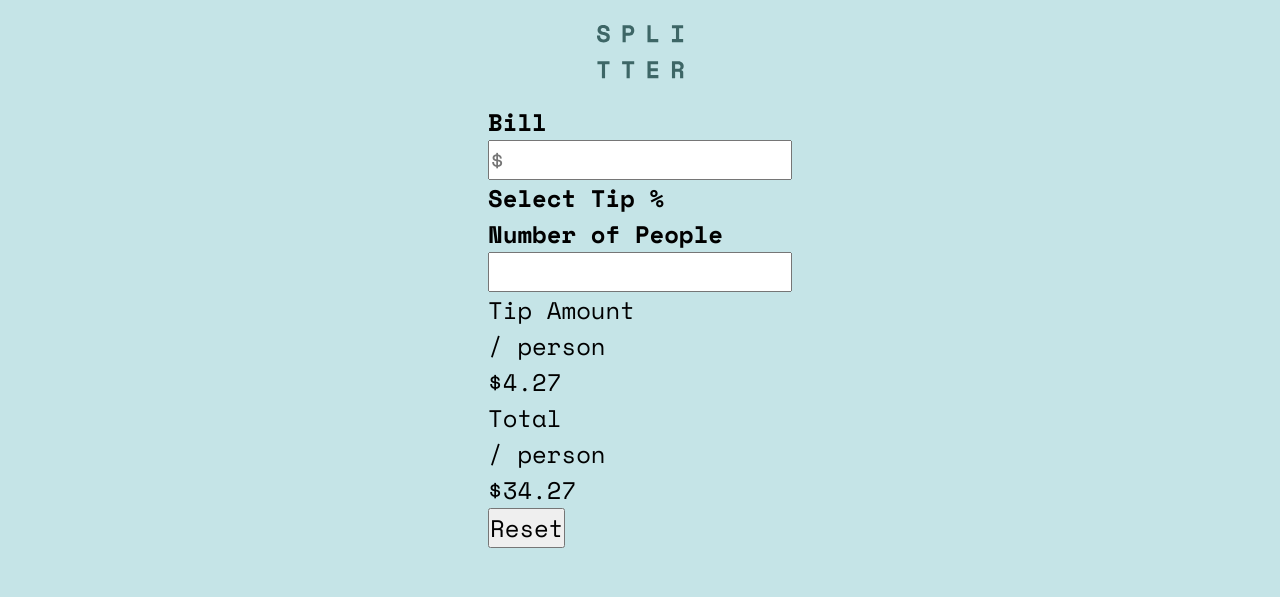
Repository: tomas938/tipcalculator
Page: /
An editor plug-in stored every save of this project. The page is shown before and after the next save, followed by the edit.
The browser window is 1280 px wide. The pictures show the whole page.
The project was rebuilt for these pictures with package versions that can differ from the ones it lists, and the page was loaded fresh each time.

Above is the page before, as saved 2021-08-03 21:56:21.

### src/App.vue
<template>
	<router-view />
</template>

<style lang="scss">
@import url("https://fonts.googleapis.com/css2?family=Space+Mono:wght@400;700&display=swap");
$strong-cyan: hsl(172, 67%, 45%);
$dark-cyan: hsl(186, 14%, 43%);
$grayish-cyan: hsl(184, 14%, 43%);
$lower-grayish-cyan: hsl(184, 14%, 56%);
$light-grayish-cyan: hsl(185, 41%, 84%);
$lighter-grayish-cyan: hsl(189, 41%, 97%);
$white: hsl(0, 0%, 100%);
* {
	margin: 0;
	padding: 0;
	box-sizing: border-box;
	font-family: "Space Mono", monospace;
	font-size: 24px;
}
body {
	background-color: $light-grayish-cyan;
}
</style>

### src/views/Home.vue
<template>
	<div class="logo">
		<splitter></splitter>
	</div>
</template>

<script>
import Splitter from "../components/Splitter.vue";
export default {
	name: "Home",
	components: {
		Splitter,
	},
};
</script>
<style lang="scss" scoped></style>

### src/components/Splitter.vue
<template>
	<div class="splitter">
		<svg xmlns="http://www.w3.org/2000/svg" width="87" height="54">
			<path
				fill="#3D6666"
				d="M6.72 17.472c.944 0 1.792-.12 2.544-.36s1.392-.584 1.92-1.032a4.476 4.476 0 001.212-1.62c.28-.632.42-1.34.42-2.124v-.288c0-1.472-.464-2.584-1.392-3.336-.928-.752-2.272-1.288-4.032-1.608a14.615 14.615 0 01-1.74-.408c-.456-.144-.824-.308-1.104-.492-.28-.184-.476-.392-.588-.624a1.771 1.771 0 01-.168-.78c0-.56.232-1.004.696-1.332.464-.328 1.096-.492 1.896-.492.944 0 1.676.248 2.196.744.52.496.78 1.08.78 1.752v.576h3.168v-.864a5 5 0 00-.396-1.968 4.762 4.762 0 00-1.176-1.656C10.436 1.08 9.792.7 9.024.42 8.256.14 7.376 0 6.384 0c-.88 0-1.676.12-2.388.36s-1.32.576-1.824 1.008c-.504.432-.896.94-1.176 1.524-.28.584-.42 1.22-.42 1.908v.144c0 .832.144 1.536.432 2.112a3.978 3.978 0 001.212 1.44c.52.384 1.132.692 1.836.924.704.232 1.48.42 2.328.564.64.112 1.168.248 1.584.408.416.16.744.34.984.54s.408.424.504.672c.096.248.144.508.144.78 0 .576-.232 1.072-.696 1.488-.464.416-1.176.624-2.136.624-1.232 0-2.14-.3-2.724-.9-.584-.6-.876-1.404-.876-2.412v-.576H0v.72c0 .88.144 1.692.432 2.436a5.47 5.47 0 001.272 1.944c.56.552 1.26.984 2.1 1.296.84.312 1.812.468 2.916.468zm22-.336V10.8h3.408c.864 0 1.616-.144 2.256-.432a4.707 4.707 0 001.596-1.14 4.833 4.833 0 00.96-1.608c.216-.6.324-1.212.324-1.836v-.576c0-.608-.108-1.204-.324-1.788a4.625 4.625 0 00-.96-1.56A4.737 4.737 0 0034.384.756c-.64-.28-1.392-.42-2.256-.42h-6.576v16.8h3.168zm3.096-9.36H28.72V3.36h3.096c.704 0 1.26.192 1.668.576.408.384.612.88.612 1.488v.288c0 .608-.204 1.104-.612 1.488-.408.384-.964.576-1.668.576zm29.464 9.36v-3.024h-7.632V.336H50.48v16.8h10.8zm24.88 0v-3.024h-4.032V3.36h4.032V.336H74.928V3.36h4.032v10.752h-4.032v3.024H86.16zm-78.096 36V39.36h4.464v-3.024H.432v3.024h4.464v13.776h3.168zm24.688 0V39.36h4.464v-3.024H25.12v3.024h4.464v13.776h3.168zm28.624 0v-3.024h-7.728v-3.888H60.8V43.2h-7.152v-3.84h7.44v-3.024H50.48v16.8h10.896zm16.744 0V46.8h3.648c.464 0 .796.12.996.36.2.24.3.552.3.936v5.04h3.168v-5.808c0-.56-.164-1.024-.492-1.392-.328-.368-.772-.584-1.332-.648v-.432c.768-.32 1.336-.78 1.704-1.38a3.63 3.63 0 00.552-1.932v-.576c0-.64-.116-1.24-.348-1.8a4.332 4.332 0 00-1.008-1.476c-.44-.424-.988-.756-1.644-.996-.656-.24-1.416-.36-2.28-.36h-6.432v16.8h3.168zm3.024-9.36H78.12V39.36h3.024c.768 0 1.352.204 1.752.612.4.408.6.892.6 1.452v.288c0 .656-.2 1.164-.6 1.524-.4.36-.984.54-1.752.54z"
			/>
		</svg>
		<div class="calculator">
			<h3>Bill</h3>
			<input type="text" placeholder="$" />
			<h3>Select Tip %</h3>
			<div class="calculator__grid">
				<div class="calculator__grid__item item-1"></div>
				<div class="calculator__grid__item item-2"></div>
				<div class="calculator__grid__item item-3"></div>
				<div class="calculator__grid__item item-4"></div>
				<div class="calculator__grid__item item-5"></div>
				<div class="calculator__grid__item item-6"></div>
			</div>
			<h3>Number of People</h3>
			<input type="text" />
			<div class="calculator__result">
				<div class="result">
					<div class="information">
						<p>Tip Amount</p>
						<span>/ person</span>
					</div>
					<div class="price">
						<p>$4.27</p>
					</div>
				</div>
				<div class="result">
					<div class="information">
						<p>Total</p>
						<span>/ person</span>
					</div>
					<div class="price">
						<p>$34.27</p>
					</div>
				</div>
				<div class="result"></div>
				<button>Reset</button>
			</div>
		</div>
	</div>
</template>

<script>
export default {};
</script>

<style lang="scss" scoped>
.splitter {
	display: flex;
	flex-direction: column;
	align-items: center;
}
svg {
	margin: 25px 0;
}
</style>

Loaded but not shown: public/index.html (common file); src/main.js (common file); src/router/index.js (common file)

After the next save:
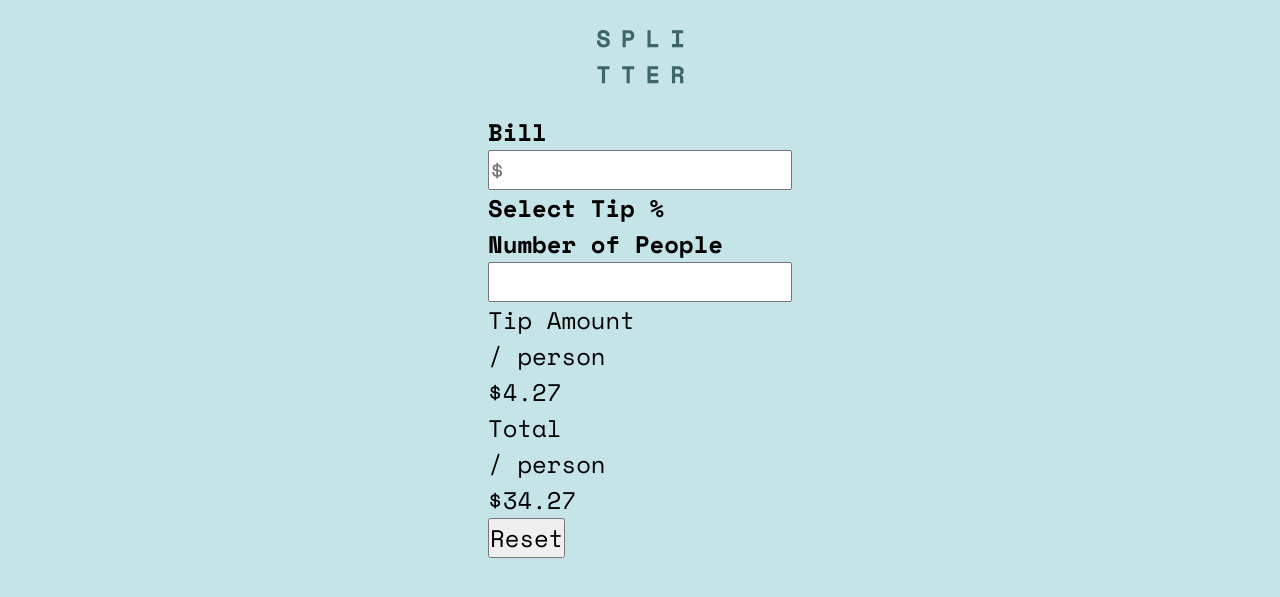
Saved 24 s later.
--- a/src/components/Splitter.vue
+++ b/src/components/Splitter.vue
@@ -57,6 +57,6 @@ export default {};
 	align-items: center;
 }
 svg {
-	margin: 25px 0;
+	margin: 30px 0;
 }
 </style>
